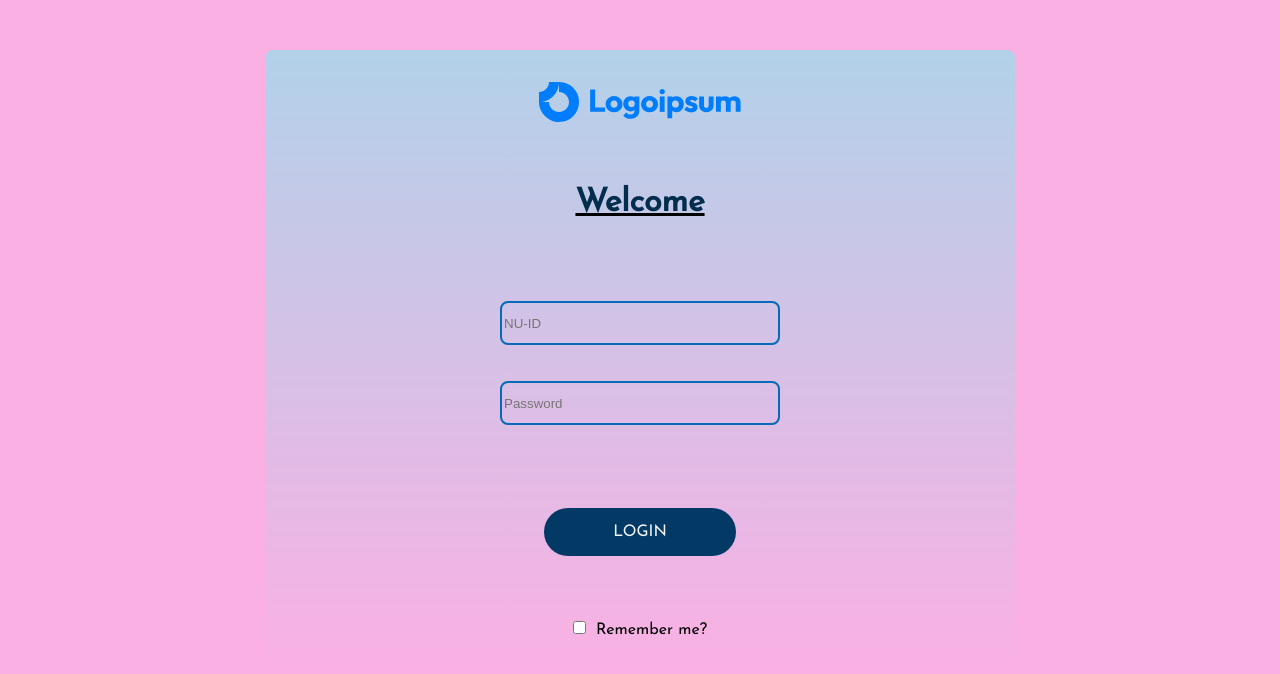
Repository: Tahaa2t/Researchers
Page: /
These files come from the project's save history. The page is drawn as it stood at one moment and after the next save; the edit follows.
The browser window is 1280 px wide. The pictures show the whole page.
The project was rebuilt for these pictures with package versions that can differ from the ones it lists, and the page was loaded fresh each time.

Above is the page before, as saved 2023-06-28 00:34:17.

After the next save:
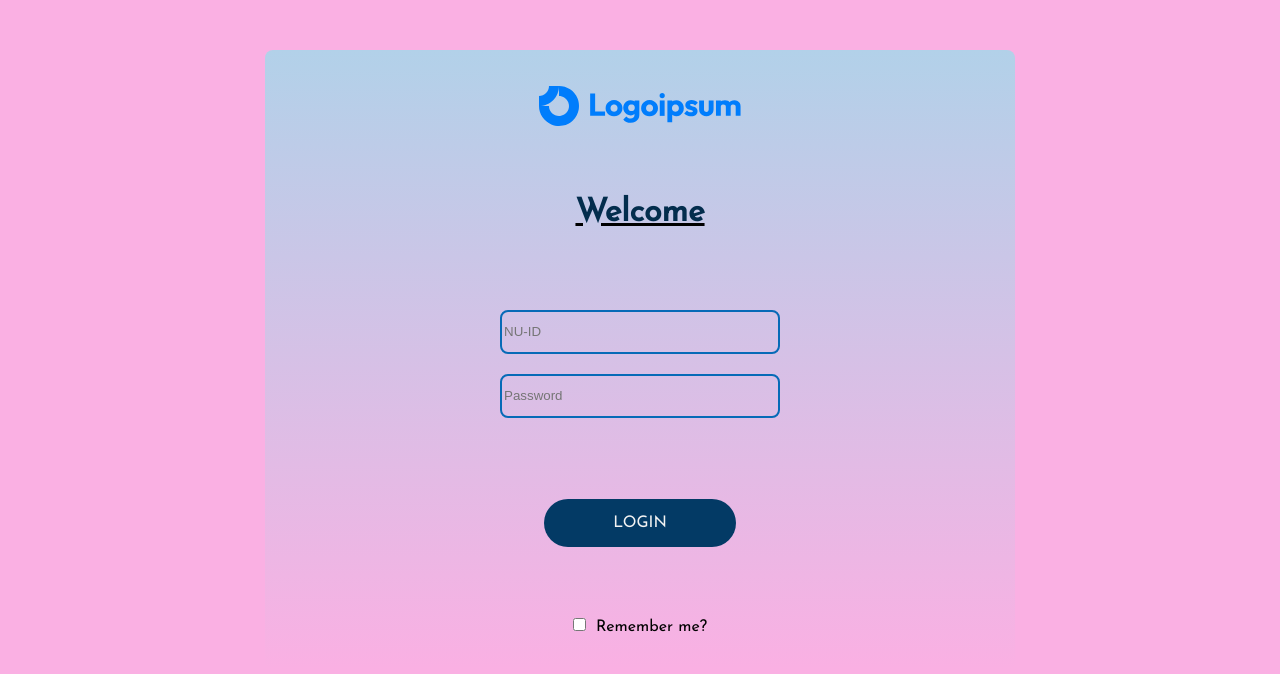
Saved 5 s later.
--- a/src/Components/css/loginstyle.css
+++ b/src/Components/css/loginstyle.css
@@ -56,7 +56,7 @@ h1 {
   flex-direction: column;
   justify-content: space-around;
   width: 280px;
-  height: 10em;
+  height: 8em;
   /* background-color: green; */
 }
 input[type=text]{
